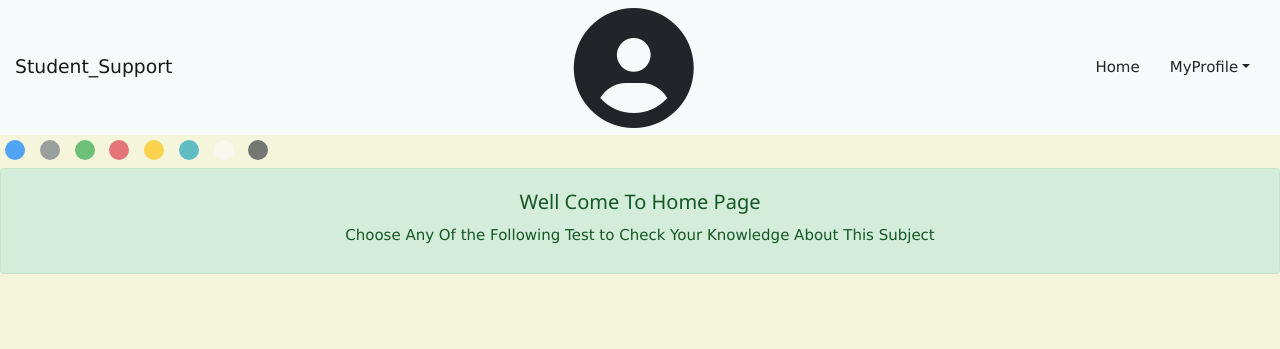
Repository: FeelHack/STUDENT-EXAMINATION-SYSTEM
Page: http://localhost/Exam_System/Admin/ViewQuestion.jsp
An editor plug-in stored every save of this project. The page is shown before and after the next save, followed by the edit.
The browser window is 1280 px wide. The pictures show the whole page.
Some web libraries are served in a nearby version. The page is served by Tomcat 9. Other server files are loaded and not shown.

Above is the page before, as saved 2020-03-10 08:54:48.

### Exam System/WebContent/Admin/ViewQuestion.jsp
<%@ page language="java" contentType="text/html; charset=UTF-8"
    pageEncoding="UTF-8"%>

<%@page import="java.sql.Connection" %>
<%@page import="com.connection.ConnectionClass" %>

<!DOCTYPE html>
<html>
<head>
<meta charset="UTF-8">
<title>View Question</title>
</head>
<body>
         <jsp:include page="../homeHeader.jsp"></jsp:include>

         <table>
                  <tr>
                        <th></th>
                        <th></th>
                        <th></th>
                        <th></th>
                        <th></th>
                        <th></th>
                  </tr>
         </table>
</body>
</html>

### Exam System/WebContent/homeHeader.jsp
<%@ page language="java" contentType="text/html; charset=UTF-8"
    pageEncoding="UTF-8"%>




<!doctype html>
 <html lang="en">
   <head>

     <meta charset="utf-8">
     <meta name="viewport" content="width=device-width, initial-scale=1, shrink-to-fit=no">

     <!-- Bootstrap CSS -->
     <link rel="stylesheet" href="https://stackpath.bootstrapcdn.com/bootstrap/4.4.1/css/bootstrap.min.css" integrity="sha384-Vkoo8x4CGsO3+Hhxv8T/Q5PaXtkKtu6ug5TOeNV6gBiFeWPGFN9MuhOf23Q9Ifjh" crossorigin="anonymous">
     <!-- Optional JavaScript -->
     <!-- jQuery first, then Popper.js, then Bootstrap JS -->
     <script src="https://code.jquery.com/jquery-3.4.1.slim.min.js" integrity="sha384-J6qa4849blE2+poT4WnyKhv5vZF5SrPo0iEjwBvKU7imGFAV0wwj1yYfoRSJoZ+n" crossorigin="anonymous"></script>
     <script src="https://cdn.jsdelivr.net/npm/popper.js@1.16.0/dist/umd/popper.min.js" integrity="sha384-Q6E9RHvbIyZFJoft+2mJbHaEWldlvI9IOYy5n3zV9zzTtmI3UksdQRVvoxMfooAo" crossorigin="anonymous"></script>
     <script src="https://stackpath.bootstrapcdn.com/bootstrap/4.4.1/js/bootstrap.min.js" integrity="sha384-wfSDF2E50Y2D1uUdj0O3uMBJnjuUD4Ih7YwaYd1iqfktj0Uod8GCExl3Og8ifwB6" crossorigin="anonymous"></script>
     <script src="https://kit.fontawesome.com/1737af4a09.js" crossorigin="anonymous"></script>
     <link rel="stylesheet" href="css/home.css">
   </head>


   <body style="background-color: beige;">
     <nav id="navbar-example2" class="navbar navbar-light bg-light">
         <a class="navbar-brand" href="#">Student_Support</a>

         <i class="fas fa-user-circle fa-8x" style="text-align: center;"></i>
         <ul class="nav nav-pills">
           <li class="nav-item">
             <a class="nav-link" href="#">Home</a>
           </li>
           <li class="nav-item dropdown">
             <a class="nav-link dropdown-toggle" data-toggle="dropdown" href="#" role="button" aria-haspopup="true" aria-expanded="false">MyProfile</a>
             <div class="dropdown-menu">
               <a class="dropdown-item" href="#one">View Profile</a>
               <a class="dropdown-item" href="#two">Edit My Profile</a>
               <div role="separator" class="dropdown-divider"></div>
               <a class="dropdown-item" href="logout.jsp">Signout</a>
             </div>
           </li>
         </ul>
       </nav>


       <div class="spinner-grow text-primary" role="status">
         <span class="sr-only">Loading...</span>
       </div>
       <div class="spinner-grow text-secondary" role="status">
         <span class="sr-only">Loading...</span>
       </div>
       <div class="spinner-grow text-success" role="status">
         <span class="sr-only">Loading...</span>
       </div>
       <div class="spinner-grow text-danger" role="status">
         <span class="sr-only">Loading...</span>
       </div>
       <div class="spinner-grow text-warning" role="status">
         <span class="sr-only">Loading...</span>
       </div>
       <div class="spinner-grow text-info" role="status">
         <span class="sr-only">Loading...</span>
       </div>
       <div class="spinner-grow text-light" role="status">
         <span class="sr-only">Loading...</span>
       </div>
       <div class="spinner-grow text-dark" role="status">
         <span class="sr-only">Loading...</span>
       </div>

   </div>
       </div>
       <div class="alert alert-success" role="alert" style="text-align: center;">
         <h4 class="alert-heading">Well Come To Home Page</h4>
         <p>Choose Any Of the Following Test to Check Your Knowledge About This Subject</p>
       </div>




</body>
</html>

### Exam System/WebContent/css/home.css
@charset "ISO-8859-1";

/* W3.CSS 4.13 June 2019 by Jan Egil and Borge Refsnes */
html{box-sizing:border-box}*,*:before,*:after{box-sizing:inherit}
/* Extract from normalize.css by Nicolas Gallagher and Jonathan Neal git.io/normalize */
html{-ms-text-size-adjust:100%;-webkit-text-size-adjust:100%}body{margin:0}
article,aside,details,figcaption,figure,footer,header,main,menu,nav,section{display:block}summary{display:list-item}
audio,canvas,progress,video{display:inline-block}progress{vertical-align:baseline}
audio:not([controls]){display:none;height:0}[hidden],template{display:none}
a{background-color:transparent}a:active,a:hover{outline-width:0}
abbr[title]{border-bottom:none;text-decoration:underline;text-decoration:underline dotted}
b,strong{font-weight:bolder}dfn{font-style:italic}mark{background:#ff0;color:#000}
small{font-size:80%}sub,sup{font-size:75%;line-height:0;position:relative;vertical-align:baseline}
sub{bottom:-0.25em}sup{top:-0.5em}figure{margin:1em 40px}img{border-style:none}
code,kbd,pre,samp{font-family:monospace,monospace;font-size:1em}hr{box-sizing:content-box;height:0;overflow:visible}
button,input,select,textarea,optgroup{font:inherit;margin:0}optgroup{font-weight:bold}
button,input{overflow:visible}button,select{text-transform:none}
button,[type=button],[type=reset],[type=submit]{-webkit-appearance:button}
button::-moz-focus-inner,[type=button]::-moz-focus-inner,[type=reset]::-moz-focus-inner,[type=submit]::-moz-focus-inner{border-style:none;padding:0}
button:-moz-focusring,[type=button]:-moz-focusring,[type=reset]:-moz-focusring,[type=submit]:-moz-focusring{outline:1px dotted ButtonText}
fieldset{border:1px solid #c0c0c0;margin:0 2px;padding:.35em .625em .75em}
legend{color:inherit;display:table;max-width:100%;padding:0;white-space:normal}textarea{overflow:auto}
[type=checkbox],[type=radio]{padding:0}
[type=number]::-webkit-inner-spin-button,[type=number]::-webkit-outer-spin-button{height:auto}
[type=search]{-webkit-appearance:textfield;outline-offset:-2px}
[type=search]::-webkit-search-decoration{-webkit-appearance:none}
::-webkit-file-upload-button{-webkit-appearance:button;font:inherit}
/* End extract */
html,body{font-family:Verdana,sans-serif;font-size:15px;line-height:1.5}html{overflow-x:hidden}
h1{font-size:36px}h2{font-size:30px}h3{font-size:24px}h4{font-size:20px}h5{font-size:18px}h6{font-size:16px}.w3-serif{font-family:serif}
h1,h2,h3,h4,h5,h6{font-family:"Segoe UI",Arial,sans-serif;font-weight:400;margin:10px 0}.w3-wide{letter-spacing:4px}
hr{border:0;border-top:1px solid #eee;margin:20px 0}
.w3-image{max-width:100%;height:auto}img{vertical-align:middle}a{color:inherit}
.w3-table,.w3-table-all{border-collapse:collapse;border-spacing:0;width:100%;display:table}.w3-table-all{border:1px solid #ccc}
.w3-bordered tr,.w3-table-all tr{border-bottom:1px solid #ddd}.w3-striped tbody tr:nth-child(even){background-color:#f1f1f1}
.w3-table-all tr:nth-child(odd){background-color:#fff}.w3-table-all tr:nth-child(even){background-color:#f1f1f1}
.w3-hoverable tbody tr:hover,.w3-ul.w3-hoverable li:hover{background-color:#ccc}.w3-centered tr th,.w3-centered tr td{text-align:center}
.w3-table td,.w3-table th,.w3-table-all td,.w3-table-all th{padding:8px 8px;display:table-cell;text-align:left;vertical-align:top}
.w3-table th:first-child,.w3-table td:first-child,.w3-table-all th:first-child,.w3-table-all td:first-child{padding-left:16px}
.w3-btn,.w3-button{border:none;display:inline-block;padding:8px 16px;vertical-align:middle;overflow:hidden;text-decoration:none;color:inherit;background-color:inherit;text-align:center;cursor:pointer;white-space:nowrap}
.w3-btn:hover{box-shadow:0 8px 16px 0 rgba(0,0,0,0.2),0 6px 20px 0 rgba(0,0,0,0.19)}
.w3-btn,.w3-button{-webkit-touch-callout:none;-webkit-user-select:none;-khtml-user-select:none;-moz-user-select:none;-ms-user-select:none;user-select:none}
.w3-disabled,.w3-btn:disabled,.w3-button:disabled{cursor:not-allowed;opacity:0.3}.w3-disabled *,:disabled *{pointer-events:none}
.w3-btn.w3-disabled:hover,.w3-btn:disabled:hover{box-shadow:none}
.w3-badge,.w3-tag{background-color:#000;color:#fff;display:inline-block;padding-left:8px;padding-right:8px;text-align:center}.w3-badge{border-radius:50%}
.w3-ul{list-style-type:none;padding:0;margin:0}.w3-ul li{padding:8px 16px;border-bottom:1px solid #ddd}.w3-ul li:last-child{border-bottom:none}
.w3-tooltip,.w3-display-container{position:relative}.w3-tooltip .w3-text{display:none}.w3-tooltip:hover .w3-text{display:inline-block}
.w3-ripple:active{opacity:0.5}.w3-ripple{transition:opacity 0s}
.w3-input{padding:8px;display:block;border:none;border-bottom:1px solid #ccc;width:100%}
.w3-select{padding:9px 0;width:100%;border:none;border-bottom:1px solid #ccc}
.w3-dropdown-click,.w3-dropdown-hover{position:relative;display:inline-block;cursor:pointer}
.w3-dropdown-hover:hover .w3-dropdown-content{display:block}
.w3-dropdown-hover:first-child,.w3-dropdown-click:hover{background-color:#ccc;color:#000}
.w3-dropdown-hover:hover > .w3-button:first-child,.w3-dropdown-click:hover > .w3-button:first-child{background-color:#ccc;color:#000}
.w3-dropdown-content{cursor:auto;color:#000;background-color:#fff;display:none;position:absolute;min-width:160px;margin:0;padding:0;z-index:1}
.w3-check,.w3-radio{width:24px;height:24px;position:relative;top:6px}
.w3-sidebar{height:100%;width:200px;background-color:#fff;position:fixed!important;z-index:1;overflow:auto}
.w3-bar-block .w3-dropdown-hover,.w3-bar-block .w3-dropdown-click{width:100%}
.w3-bar-block .w3-dropdown-hover .w3-dropdown-content,.w3-bar-block .w3-dropdown-click .w3-dropdown-content{min-width:100%}
.w3-bar-block .w3-dropdown-hover .w3-button,.w3-bar-block .w3-dropdown-click .w3-button{width:100%;text-align:left;padding:8px 16px}
.w3-main,#main{transition:margin-left .4s}
.w3-modal{z-index:3;display:none;padding-top:100px;position:fixed;left:0;top:0;width:100%;height:100%;overflow:auto;background-color:rgb(0,0,0);background-color:rgba(0,0,0,0.4)}
.w3-modal-content{margin:auto;background-color:#fff;position:relative;padding:0;outline:0;width:600px}
.w3-bar{width:100%;overflow:hidden}.w3-center .w3-bar{display:inline-block;width:auto}
.w3-bar .w3-bar-item{padding:8px 16px;float:left;width:auto;border:none;display:block;outline:0}
.w3-bar .w3-dropdown-hover,.w3-bar .w3-dropdown-click{position:static;float:left}
.w3-bar .w3-button{white-space:normal}
.w3-bar-block .w3-bar-item{width:100%;display:block;padding:8px 16px;text-align:left;border:none;white-space:normal;float:none;outline:0}
.w3-bar-block.w3-center .w3-bar-item{text-align:center}.w3-block{display:block;width:100%}
.w3-responsive{display:block;overflow-x:auto}
.w3-container:after,.w3-container:before,.w3-panel:after,.w3-panel:before,.w3-row:after,.w3-row:before,.w3-row-padding:after,.w3-row-padding:before,
.w3-cell-row:before,.w3-cell-row:after,.w3-clear:after,.w3-clear:before,.w3-bar:before,.w3-bar:after{content:"";display:table;clear:both}
.w3-col,.w3-half,.w3-third,.w3-twothird,.w3-threequarter,.w3-quarter{float:left;width:100%}
.w3-col.s1{width:8.33333%}.w3-col.s2{width:16.66666%}.w3-col.s3{width:24.99999%}.w3-col.s4{width:33.33333%}
.w3-col.s5{width:41.66666%}.w3-col.s6{width:49.99999%}.w3-col.s7{width:58.33333%}.w3-col.s8{width:66.66666%}
.w3-col.s9{width:74.99999%}.w3-col.s10{width:83.33333%}.w3-col.s11{width:91.66666%}.w3-col.s12{width:99.99999%}
@media (min-width:601px){.w3-col.m1{width:8.33333%}.w3-col.m2{width:16.66666%}.w3-col.m3,.w3-quarter{width:24.99999%}.w3-col.m4,.w3-third{width:33.33333%}
.w3-col.m5{width:41.66666%}.w3-col.m6,.w3-half{width:49.99999%}.w3-col.m7{width:58.33333%}.w3-col.m8,.w3-twothird{width:66.66666%}
.w3-col.m9,.w3-threequarter{width:74.99999%}.w3-col.m10{width:83.33333%}.w3-col.m11{width:91.66666%}.w3-col.m12{width:99.99999%}}
@media (min-width:993px){.w3-col.l1{width:8.33333%}.w3-col.l2{width:16.66666%}.w3-col.l3{width:24.99999%}.w3-col.l4{width:33.33333%}
.w3-col.l5{width:41.66666%}.w3-col.l6{width:49.99999%}.w3-col.l7{width:58.33333%}.w3-col.l8{width:66.66666%}
.w3-col.l9{width:74.99999%}.w3-col.l10{width:83.33333%}.w3-col.l11{width:91.66666%}.w3-col.l12{width:99.99999%}}
.w3-rest{overflow:hidden}.w3-stretch{margin-left:-16px;margin-right:-16px}
.w3-content,.w3-auto{margin-left:auto;margin-right:auto}.w3-content{max-width:980px}.w3-auto{max-width:1140px}
.w3-cell-row{display:table;width:100%}.w3-cell{display:table-cell}
.w3-cell-top{vertical-align:top}.w3-cell-middle{vertical-align:middle}.w3-cell-bottom{vertical-align:bottom}
.w3-hide{display:none!important}.w3-show-block,.w3-show{display:block!important}.w3-show-inline-block{display:inline-block!important}
@media (max-width:1205px){.w3-auto{max-width:95%}}
@media (max-width:600px){.w3-modal-content{margin:0 10px;width:auto!important}.w3-modal{padding-top:30px}
.w3-dropdown-hover.w3-mobile .w3-dropdown-content,.w3-dropdown-click.w3-mobile .w3-dropdown-content{position:relative}
.w3-hide-small{display:none!important}.w3-mobile{display:block;width:100%!important}.w3-bar-item.w3-mobile,.w3-dropdown-hover.w3-mobile,.w3-dropdown-click.w3-mobile{text-align:center}
.w3-dropdown-hover.w3-mobile,.w3-dropdown-hover.w3-mobile .w3-btn,.w3-dropdown-hover.w3-mobile .w3-button,.w3-dropdown-click.w3-mobile,.w3-dropdown-click.w3-mobile .w3-btn,.w3-dropdown-click.w3-mobile .w3-button{width:100%}}
@media (max-width:768px){.w3-modal-content{width:500px}.w3-modal{padding-top:50px}}
@media (min-width:993px){.w3-modal-content{width:900px}.w3-hide-large{display:none!important}.w3-sidebar.w3-collapse{display:block!important}}
@media (max-width:992px) and (min-width:601px){.w3-hide-medium{display:none!important}}
@media (max-width:992px){.w3-sidebar.w3-collapse{display:none}.w3-main{margin-left:0!important;margin-right:0!important}.w3-auto{max-width:100%}}
.w3-top,.w3-bottom{position:fixed;width:100%;z-index:1}.w3-top{top:0}.w3-bottom{bottom:0}
.w3-overlay{position:fixed;display:none;width:100%;height:100%;top:0;left:0;right:0;bottom:0;background-color:rgba(0,0,0,0.5);z-index:2}
.w3-display-topleft{position:absolute;left:0;top:0}.w3-display-topright{position:absolute;right:0;top:0}
.w3-display-bottomleft{position:absolute;left:0;bottom:0}.w3-display-bottomright{position:absolute;right:0;bottom:0}
.w3-display-middle{position:absolute;top:50%;left:50%;transform:translate(-50%,-50%);-ms-transform:translate(-50%,-50%)}
.w3-display-left{position:absolute;top:50%;left:0%;transform:translate(0%,-50%);-ms-transform:translate(-0%,-50%)}
.w3-display-right{position:absolute;top:50%;right:0%;transform:translate(0%,-50%);-ms-transform:translate(0%,-50%)}
.w3-display-topmiddle{position:absolute;left:50%;top:0;transform:translate(-50%,0%);-ms-transform:translate(-50%,0%)}
.w3-display-bottommiddle{position:absolute;left:50%;bottom:0;transform:translate(-50%,0%);-ms-transform:translate(-50%,0%)}
.w3-display-container:hover .w3-display-hover{display:block}.w3-display-container:hover span.w3-display-hover{display:inline-block}.w3-display-hover{display:none}
.w3-display-position{position:absolute}
.w3-circle{border-radius:50%}
.w3-round-small{border-radius:2px}.w3-round,.w3-round-medium{border-radius:4px}.w3-round-large{border-radius:8px}.w3-round-xlarge{border-radius:16px}.w3-round-xxlarge{border-radius:32px}
.w3-row-padding,.w3-row-padding>.w3-half,.w3-row-padding>.w3-third,.w3-row-padding>.w3-twothird,.w3-row-padding>.w3-threequarter,.w3-row-padding>.w3-quarter,.w3-row-padding>.w3-col{padding:0 8px}
.w3-container,.w3-panel{padding:0.01em 16px}.w3-panel{margin-top:16px;margin-bottom:16px}
.w3-code,.w3-codespan{font-family:Consolas,"courier new";font-size:16px}
.w3-code{width:auto;background-color:#fff;padding:8px 12px;border-left:4px solid #4CAF50;word-wrap:break-word}
.w3-codespan{color:crimson;background-color:#f1f1f1;padding-left:4px;padding-right:4px;font-size:110%}
.w3-card,.w3-card-2{box-shadow:0 2px 5px 0 rgba(0,0,0,0.16),0 2px 10px 0 rgba(0,0,0,0.12)}
.w3-card-4,.w3-hover-shadow:hover{box-shadow:0 4px 10px 0 rgba(0,0,0,0.2),0 4px 20px 0 rgba(0,0,0,0.19)}
.w3-spin{animation:w3-spin 2s infinite linear}@keyframes w3-spin{0%{transform:rotate(0deg)}100%{transform:rotate(359deg)}}
.w3-animate-fading{animation:fading 10s infinite}@keyframes fading{0%{opacity:0}50%{opacity:1}100%{opacity:0}}
.w3-animate-opacity{animation:opac 0.8s}@keyframes opac{from{opacity:0} to{opacity:1}}
.w3-animate-top{position:relative;animation:animatetop 0.4s}@keyframes animatetop{from{top:-300px;opacity:0} to{top:0;opacity:1}}
.w3-animate-left{position:relative;animation:animateleft 0.4s}@keyframes animateleft{from{left:-300px;opacity:0} to{left:0;opacity:1}}
.w3-animate-right{position:relative;animation:animateright 0.4s}@keyframes animateright{from{right:-300px;opacity:0} to{right:0;opacity:1}}
.w3-animate-bottom{position:relative;animation:animatebottom 0.4s}@keyframes animatebottom{from{bottom:-300px;opacity:0} to{bottom:0;opacity:1}}
.w3-animate-zoom {animation:animatezoom 0.6s}@keyframes animatezoom{from{transform:scale(0)} to{transform:scale(1)}}
.w3-animate-input{transition:width 0.4s ease-in-out}.w3-animate-input:focus{width:100%!important}
.w3-opacity,.w3-hover-opacity:hover{opacity:0.60}.w3-opacity-off,.w3-hover-opacity-off:hover{opacity:1}
.w3-opacity-max{opacity:0.25}.w3-opacity-min{opacity:0.75}
.w3-greyscale-max,.w3-grayscale-max,.w3-hover-greyscale:hover,.w3-hover-grayscale:hover{filter:grayscale(100%)}
.w3-greyscale,.w3-grayscale{filter:grayscale(75%)}.w3-greyscale-min,.w3-grayscale-min{filter:grayscale(50%)}
.w3-sepia{filter:sepia(75%)}.w3-sepia-max,.w3-hover-sepia:hover{filter:sepia(100%)}.w3-sepia-min{filter:sepia(50%)}
.w3-tiny{font-size:10px!important}.w3-small{font-size:12px!important}.w3-medium{font-size:15px!important}.w3-large{font-size:18px!important}
.w3-xlarge{font-size:24px!important}.w3-xxlarge{font-size:36px!important}.w3-xxxlarge{font-size:48px!important}.w3-jumbo{font-size:64px!important}
.w3-left-align{text-align:left!important}.w3-right-align{text-align:right!important}.w3-justify{text-align:justify!important}.w3-center{text-align:center!important}
.w3-border-0{border:0!important}.w3-border{border:1px solid #ccc!important}
.w3-border-top{border-top:1px solid #ccc!important}.w3-border-bottom{border-bottom:1px solid #ccc!important}
.w3-border-left{border-left:1px solid #ccc!important}.w3-border-right{border-right:1px solid #ccc!important}
.w3-topbar{border-top:6px solid #ccc!important}.w3-bottombar{border-bottom:6px solid #ccc!important}
.w3-leftbar{border-left:6px solid #ccc!important}.w3-rightbar{border-right:6px solid #ccc!important}
.w3-section,.w3-code{margin-top:16px!important;margin-bottom:16px!important}
.w3-margin{margin:16px!important}.w3-margin-top{margin-top:16px!important}.w3-margin-bottom{margin-bottom:16px!important}
.w3-margin-left{margin-left:16px!important}.w3-margin-right{margin-right:16px!important}
.w3-padding-small{padding:4px 8px!important}.w3-padding{padding:8px 16px!important}.w3-padding-large{padding:12px 24px!important}
.w3-padding-16{padding-top:16px!important;padding-bottom:16px!important}.w3-padding-24{padding-top:24px!important;padding-bottom:24px!important}
.w3-padding-32{padding-top:32px!important;padding-bottom:32px!important}.w3-padding-48{padding-top:48px!important;padding-bottom:48px!important}
.w3-padding-64{padding-top:64px!important;padding-bottom:64px!important}
.w3-left{float:left!important}.w3-right{float:right!important}
.w3-button:hover{color:#000!important;background-color:#ccc!important}
.w3-transparent,.w3-hover-none:hover{background-color:transparent!important}
.w3-hover-none:hover{box-shadow:none!important}
/* Colors */
.w3-amber,.w3-hover-amber:hover{color:#000!important;background-color:#ffc107!important}
.w3-aqua,.w3-hover-aqua:hover{color:#000!important;background-color:#00ffff!important}
.w3-blue,.w3-hover-blue:hover{color:#fff!important;background-color:#2196F3!important}
.w3-light-blue,.w3-hover-light-blue:hover{color:#000!important;background-color:#87CEEB!important}
.w3-brown,.w3-hover-brown:hover{color:#fff!important;background-color:#795548!important}
.w3-cyan,.w3-hover-cyan:hover{color:#000!important;background-color:#00bcd4!important}
.w3-blue-grey,.w3-hover-blue-grey:hover,.w3-blue-gray,.w3-hover-blue-gray:hover{color:#fff!important;background-color:#607d8b!important}
.w3-green,.w3-hover-green:hover{color:#fff!important;background-color:#4CAF50!important}
.w3-light-green,.w3-hover-light-green:hover{color:#000!important;background-color:#8bc34a!important}
.w3-indigo,.w3-hover-indigo:hover{color:#fff!important;background-color:#3f51b5!important}
.w3-khaki,.w3-hover-khaki:hover{color:#000!important;background-color:#f0e68c!important}
.w3-lime,.w3-hover-lime:hover{color:#000!important;background-color:#cddc39!important}
.w3-orange,.w3-hover-orange:hover{color:#000!important;background-color:#ff9800!important}
.w3-deep-orange,.w3-hover-deep-orange:hover{color:#fff!important;background-color:#ff5722!important}
.w3-pink,.w3-hover-pink:hover{color:#fff!important;background-color:#e91e63!important}
.w3-purple,.w3-hover-purple:hover{color:#fff!important;background-color:#9c27b0!important}
.w3-deep-purple,.w3-hover-deep-purple:hover{color:#fff!important;background-color:#673ab7!important}
.w3-red,.w3-hover-red:hover{color:#fff!important;background-color:#f44336!important}
.w3-sand,.w3-hover-sand:hover{color:#000!important;background-color:#fdf5e6!important}
.w3-teal,.w3-hover-teal:hover{color:#fff!important;background-color:#009688!important}
.w3-yellow,.w3-hover-yellow:hover{color:#000!important;background-color:#ffeb3b!important}
.w3-white,.w3-hover-white:hover{color:#000!important;background-color:#fff!important}
.w3-black,.w3-hover-black:hover{color:#fff!important;background-color:#000!important}
.w3-grey,.w3-hover-grey:hover,.w3-gray,.w3-hover-gray:hover{color:#000!important;background-color:#9e9e9e!important}
.w3-light-grey,.w3-hover-light-grey:hover,.w3-light-gray,.w3-hover-light-gray:hover{color:#000!important;background-color:#f1f1f1!important}
.w3-dark-grey,.w3-hover-dark-grey:hover,.w3-dark-gray,.w3-hover-dark-gray:hover{color:#fff!important;background-color:#616161!important}
.w3-pale-red,.w3-hover-pale-red:hover{color:#000!important;background-color:#ffdddd!important}
.w3-pale-green,.w3-hover-pale-green:hover{color:#000!important;background-color:#ddffdd!important}
.w3-pale-yellow,.w3-hover-pale-yellow:hover{color:#000!important;background-color:#ffffcc!important}
.w3-pale-blue,.w3-hover-pale-blue:hover{color:#000!important;background-color:#ddffff!important}
.w3-text-amber,.w3-hover-text-amber:hover{color:#ffc107!important}
.w3-text-aqua,.w3-hover-text-aqua:hover{color:#00ffff!important}
.w3-text-blue,.w3-hover-text-blue:hover{color:#2196F3!important}
.w3-text-light-blue,.w3-hover-text-light-blue:hover{color:#87CEEB!important}
.w3-text-brown,.w3-hover-text-brown:hover{color:#795548!important}
.w3-text-cyan,.w3-hover-text-cyan:hover{color:#00bcd4!important}
.w3-text-blue-grey,.w3-hover-text-blue-grey:hover,.w3-text-blue-gray,.w3-hover-text-blue-gray:hover{color:#607d8b!important}
.w3-text-green,.w3-hover-text-green:hover{color:#4CAF50!important}
.w3-text-light-green,.w3-hover-text-light-green:hover{color:#8bc34a!important}
.w3-text-indigo,.w3-hover-text-indigo:hover{color:#3f51b5!important}
.w3-text-khaki,.w3-hover-text-khaki:hover{color:#b4aa50!important}
.w3-text-lime,.w3-hover-text-lime:hover{color:#cddc39!important}
.w3-text-orange,.w3-hover-text-orange:hover{color:#ff9800!important}
.w3-text-deep-orange,.w3-hover-text-deep-orange:hover{color:#ff5722!important}
.w3-text-pink,.w3-hover-text-pink:hover{color:#e91e63!important}
.w3-text-purple,.w3-hover-text-purple:hover{color:#9c27b0!important}
.w3-text-deep-purple,.w3-hover-text-deep-purple:hover{color:#673ab7!important}
.w3-text-red,.w3-hover-text-red:hover{color:#f44336!important}
.w3-text-sand,.w3-hover-text-sand:hover{color:#fdf5e6!important}
.w3-text-teal,.w3-hover-text-teal:hover{color:#009688!important}
.w3-text-yellow,.w3-hover-text-yellow:hover{color:#d2be0e!important}
.w3-text-white,.w3-hover-text-white:hover{color:#fff!important}
.w3-text-black,.w3-hover-text-black:hover{color:#000!important}
.w3-text-grey,.w3-hover-text-grey:hover,.w3-text-gray,.w3-hover-text-gray:hover{color:#757575!important}
.w3-text-light-grey,.w3-hover-text-light-grey:hover,.w3-text-light-gray,.w3-hover-text-light-gray:hover{color:#f1f1f1!important}
.w3-text-dark-grey,.w3-hover-text-dark-grey:hover,.w3-text-dark-gray,.w3-hover-text-dark-gray:hover{color:#3a3a3a!important}
.w3-border-amber,.w3-hover-border-amber:hover{border-color:#ffc107!important}
.w3-border-aqua,.w3-hover-border-aqua:hover{border-color:#00ffff!important}
.w3-border-blue,.w3-hover-border-blue:hover{border-color:#2196F3!important}
.w3-border-light-blue,.w3-hover-border-light-blue:hover{border-color:#87CEEB!important}
.w3-border-brown,.w3-hover-border-brown:hover{border-color:#795548!important}
.w3-border-cyan,.w3-hover-border-cyan:hover{border-color:#00bcd4!important}
.w3-border-blue-grey,.w3-hover-border-blue-grey:hover,.w3-border-blue-gray,.w3-hover-border-blue-gray:hover{border-color:#607d8b!important}
.w3-border-green,.w3-hover-border-green:hover{border-color:#4CAF50!important}
.w3-border-light-green,.w3-hover-border-light-green:hover{border-color:#8bc34a!important}
.w3-border-indigo,.w3-hover-border-indigo:hover{border-color:#3f51b5!important}
.w3-border-khaki,.w3-hover-border-khaki:hover{border-color:#f0e68c!important}
.w3-border-lime,.w3-hover-border-lime:hover{border-color:#cddc39!important}
.w3-border-orange,.w3-hover-border-orange:hover{border-color:#ff9800!important}
.w3-border-deep-orange,.w3-hover-border-deep-orange:hover{border-color:#ff5722!important}
.w3-border-pink,.w3-hover-border-pink:hover{border-color:#e91e63!important}
.w3-border-purple,.w3-hover-border-purple:hover{border-color:#9c27b0!important}
.w3-border-deep-purple,.w3-hover-border-deep-purple:hover{border-color:#673ab7!important}
.w3-border-red,.w3-hover-border-red:hover{border-color:#f44336!important}
.w3-border-sand,.w3-hover-border-sand:hover{border-color:#fdf5e6!important}
.w3-border-teal,.w3-hover-border-teal:hover{border-color:#009688!important}
.w3-border-yellow,.w3-hover-border-yellow:hover{border-color:#ffeb3b!important}
.w3-border-white,.w3-hover-border-white:hover{border-color:#fff!important}
.w3-border-black,.w3-hover-border-black:hover{border-color:#000!important}
.w3-border-grey,.w3-hover-border-grey:hover,.w3-border-gray,.w3-hover-border-gray:hover{border-color:#9e9e9e!important}
.w3-border-light-grey,.w3-hover-border-light-grey:hover,.w3-border-light-gray,.w3-hover-border-light-gray:hover{border-color:#f1f1f1!important}
.w3-border-dark-grey,.w3-hover-border-dark-grey:hover,.w3-border-dark-gray,.w3-hover-border-dark-gray:hover{border-color:#616161!important}
.w3-border-pale-red,.w3-hover-border-pale-red:hover{border-color:#ffe7e7!important}.w3-border-pale-green,.w3-hover-border-pale-green:hover{border-color:#e7ffe7!important}
.w3-border-pale-yellow,.w3-hover-border-pale-yellow:hover{border-color:#ffffcc!important}.w3-border-pale-blue,.w3-hover-border-pale-blue:hover{border-color:#e7ffff!important}

After the next save:
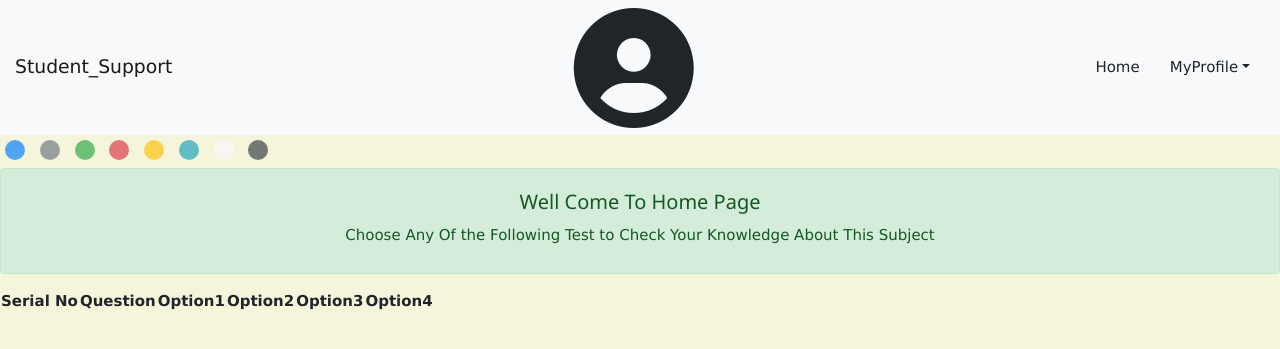
Saved 41 s later.
--- a/Exam System/WebContent/Admin/ViewQuestion.jsp
+++ b/Exam System/WebContent/Admin/ViewQuestion.jsp
@@ -15,11 +15,12 @@
 
          <table>
                   <tr>
-                        <th></th>
-                        <th></th>
-                        <th></th>
-                        <th></th>
-                        <th></th>
+                        <th>Serial No</th>
+                        <th>Question</th>
+                        <th>Option1</th>
+                        <th>Option2</th>
+                        <th>Option3</th>
+                        <th>Option4</th>
                         <th></th>
                   </tr>
          </table>
